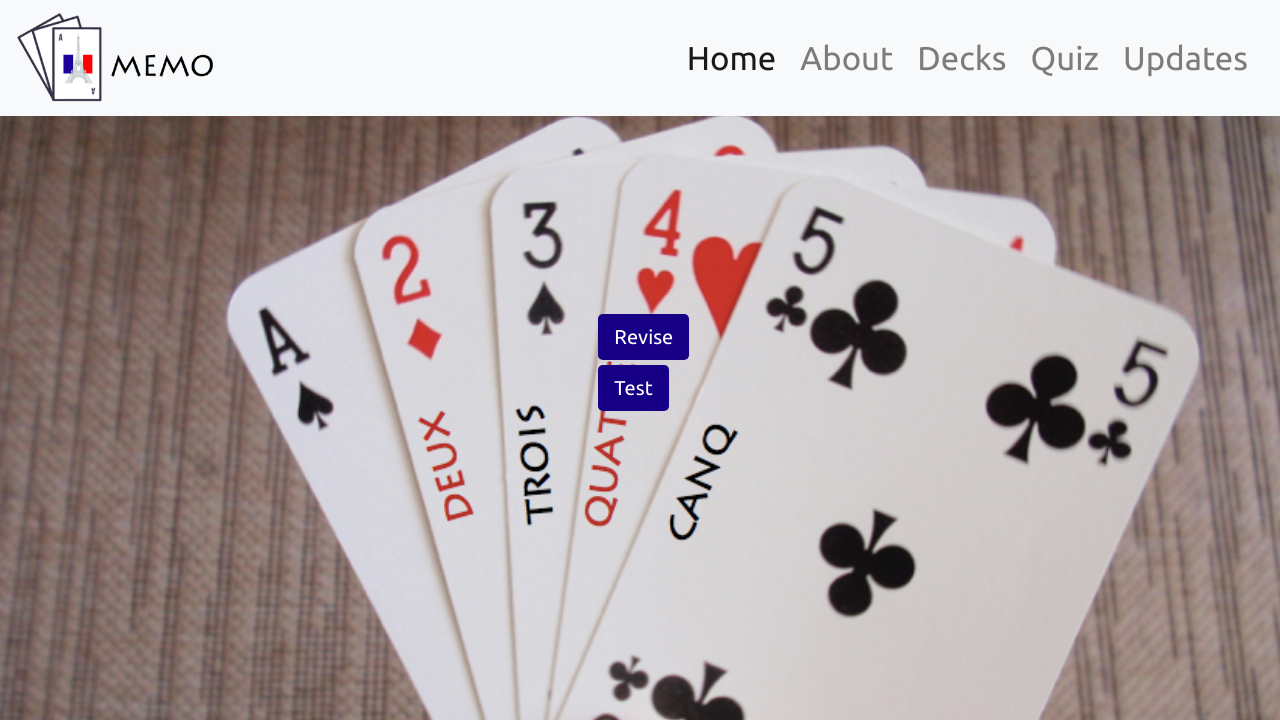
Repository: farahroslend/memofrancais
Page: landingPage.html
The author's editor kept a record of every edit. The page is drawn from the files as they stood at one moment, then again after the next edit.
The browser window is 1280 px wide. The pictures show the whole page.

Above is the page before.

After the next edit:
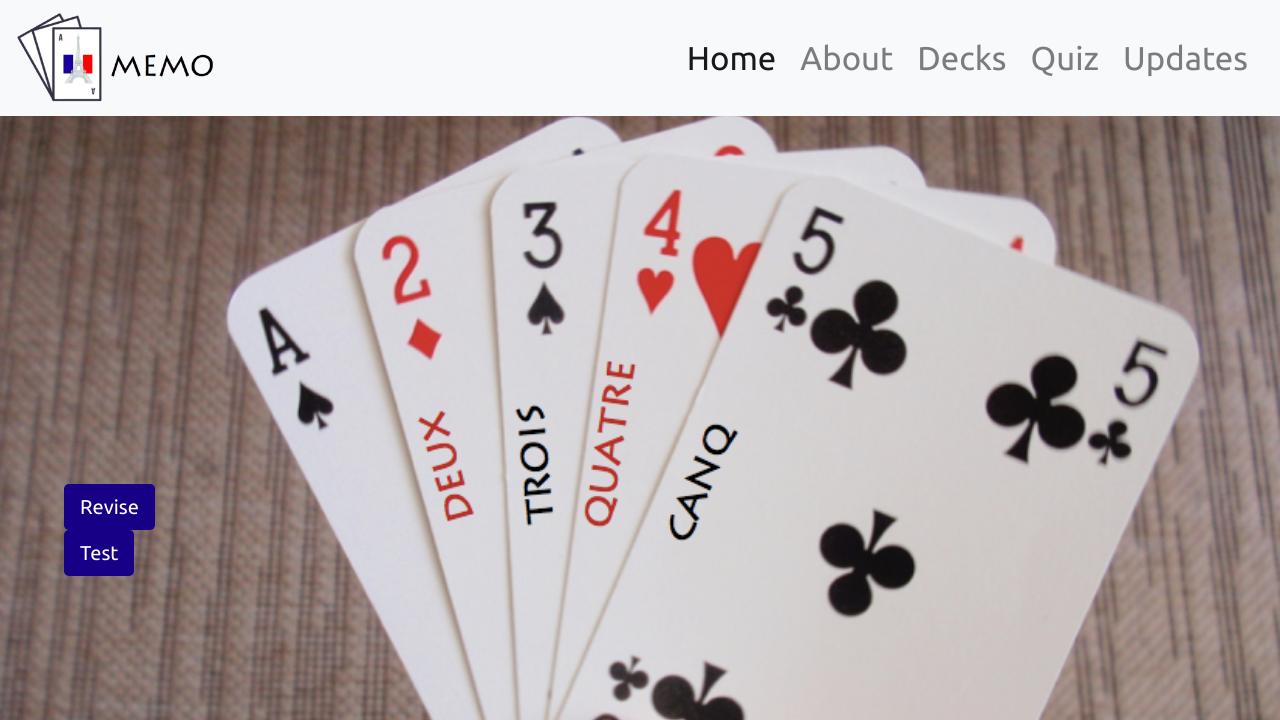
The edit:
--- a/styler.css
+++ b/styler.css
@@ -27,6 +27,14 @@
     background-color: #180086 !important;
     border: #180086 !important;
 }
+
+.bottomleft {
+  position: absolute;
+  bottom: 20%;
+  left: 5%;
+  font-size: 18px;
+}
+
 
 @media (max-width:499px) {
     .callout-container {
